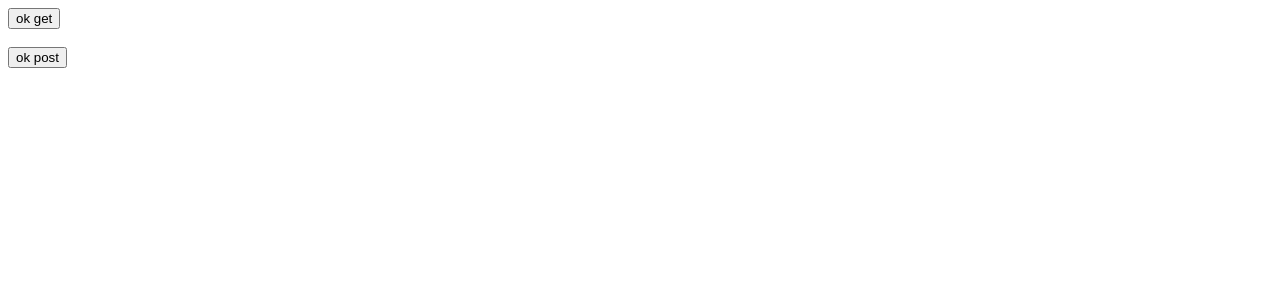
Repository: nishasirt/SimplilearnRepo1
Page: HelloWeb1/WebContent/index.html
An editor plug-in stored every save of this project. The page is shown before and after the next save, followed by the edit.
The browser window is 1280 px wide. The pictures show the whole page.

Above is the page before, as saved 2022-10-04 10:20:59.

### HelloWeb1/WebContent/index.html
<!DOCTYPE html>
<html>
<head>
<meta charset="ISO-8859-1">
<title>Insert title here</title>
</head>
<body>

<form action="MyServlet" method="get">

<input  type="submit"  value="ok get"></button>
</form>
<br/>

<form action="MyServlet" method="post">

<input  type="submit"  value="ok post"></button>
</form>
</body>
</html>

After the next save:
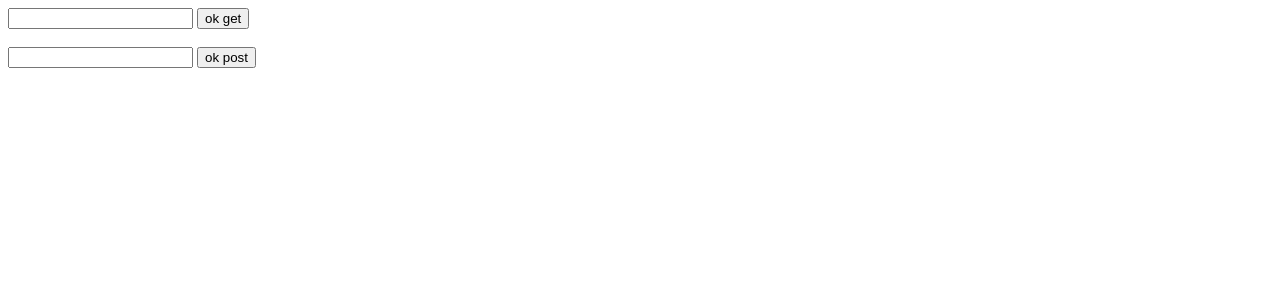
Saved 68 s later.
--- a/HelloWeb1/WebContent/index.html
+++ b/HelloWeb1/WebContent/index.html
@@ -7,13 +7,13 @@
 <body>
 
 <form action="MyServlet" method="get">
-
+<input type="text"  name="fname">
 <input  type="submit"  value="ok get"></button>
 </form>
 <br/>
 
 <form action="MyServlet" method="post">
-
+<input type="text"  name="lname">
 <input  type="submit"  value="ok post"></button>
 </form>
 </body>
